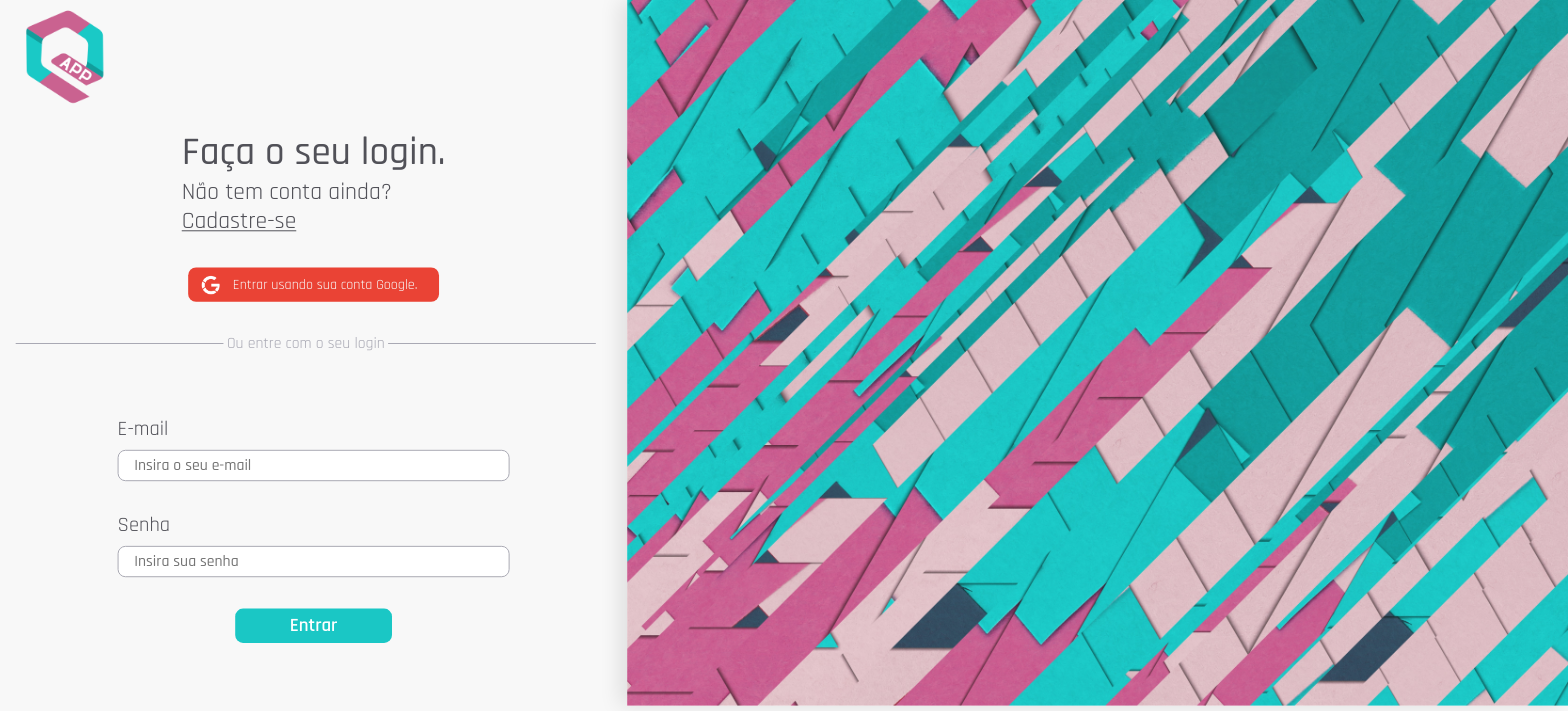
Repository: kika-cavalher/qapp-web
Page: /
These files come from the project's save history. The page is drawn as it stood at one moment and after the next save; the edit follows.
The browser window is 1280 px wide. The page is 1600 px wide, so the pictures cover 1600 px, including what lies to the right of the window. The pictures show the whole page, at 98% of full size.
The page's requests for data from a server got no answer. The project was rebuilt for these pictures with package versions that can differ from the ones it lists, and the page was loaded fresh each time. No one was signed in, and anything a server would have sent is missing. Also part of the build but not shown: src/pages/Register.tsx.

Above is the page before, as saved 2022-02-28 17:19:44.

### public/index.html
<!DOCTYPE html>
<html lang="pt-br">
  <head>
    <meta charset="utf-8" />
    <meta name="viewport" content="width=device-width, initial-scale=1" />

    <link rel="preconnect" href="https://fonts.googleapis.com">
    <link rel="preconnect" href="https://fonts.gstatic.com" crossorigin>
    <link href="https://fonts.googleapis.com/css2?family=Rajdhani:wght@300;400;500;600;700&display=swap" rel="stylesheet">

    <title>QApp</title>
  </head>
  <body>
    <noscript>You need to enable JavaScript to run this app.</noscript>
    <div id="root"></div>
  </body>
</html>

### src/index.tsx
import React from 'react';
import ReactDOM from 'react-dom';
import App from './App';

import './styles/global/styles.scss';
import './services/firebase'


ReactDOM.render(
  <React.StrictMode>
    <App />
  </React.StrictMode>,
  document.getElementById('root')
);

### src/App.tsx
import { BrowserRouter, Routes, Route } from "react-router-dom";

import { LoginPage } from "./pages/Login";
import { RegisterPage } from "./pages/Register";

function App() {
  return (
    <BrowserRouter>
      <Routes>
        <Route path="/" element={<LoginPage />} />
        <Route path="register" element={<RegisterPage  />} />
      </Routes>
    </BrowserRouter>
  );
}

export default App;

### src/styles/global/styles.scss
@import 'variables.scss';

* {
    box-sizing: border-box;
    margin: 0;
    padding: 0;
  }

  body {
    background: $white-offwhite;
    color: $dark-grey;
  }

  body, input, button, textarea {
    font: 400 16px 'Rajdhani', sans-serif;
  }

### src/services/firebase.ts
import { initializeApp } from "firebase/app";
import { getAuth } from "firebase/auth";
import { getFirestore } from 'firebase/firestore/lite';


const firebaseConfig = {
    apiKey: process.env.REACT_APP_API_KEY,
    authDomain: process.env.REACT_APP_AUTH_DOMAIN,
    databaseURL: process.env.REACT_APP_DATABASE_URL,
    projectId: process.env.REACT_APP_PROJECT_ID,
    storageBucket: process.env.REACT_APP_STORAGE_BUCKET,
    messagingSenderId: process.env.REACT_APP_MESSAGING_SENDER_ID,
    appId: process.env.REACT_APP_APP_ID
  };

const app = initializeApp(firebaseConfig);

export const auth = getAuth();
export const db = getFirestore(app);

### src/pages/Login.tsx
import { Link } from 'react-router-dom'
import { useNavigate } from 'react-router-dom';

import imgLogin from '../assets/images/imgLogin.jpg';
import logoQapp from '../assets/images/logoQapp.png';
import googleIconImg from '../assets/icon/googleIconImg.png';

import '../styles/pages/login.scss'

import { Button } from '../components/Button';

export function LoginPage() {
    const history = useNavigate();

    function navigateToHome(e: { preventDefault: () => void; }) {
        e.preventDefault();
        history('/');
    }

    return (
        <div id="page-login">
            <main>
                <div className='page-login--main__container'>
                    <div className='page-login--main__logo'>
                        <img onClick={navigateToHome} id="img-logo" src={logoQapp} alt="Logo da empresa QApp" />
                    </div>
                    <div className='page-login--main__title'>
                        <div className='page-login--container__title'>
                            <h1>Faça o seu login.</h1>
                            <h2>Não tem conta ainda? </h2>
                            <Link to='/register' className='page-login--main__link-register'>
                            Cadastre-se
                            </Link>
                        </div>
                    </div>
                    <div className='page-login--main__google'>
                        <button className='btn__google'>
                            <img id="img-icon__google" src={googleIconImg} alt="Logo da empresa QApp" />
                            <p>Entrar usando sua conta Google.</p>
                        </button>
                    </div>
                    <div className='page-login--main__divider'>
                        <div>Ou entre com o seu login</div>
                    </div>
                    <div className='page-login--main__login-forms'>
                        <form>
                            <div className='page-login--login-forms__name'>
                                <p>E-mail</p>
                                <input type="text" placeholder="Insira o seu e-mail"/>
                            </div>
                            <div className='page-login--login-forms__password'>
                                <p>Senha</p>
                                <input type="text" placeholder="Insira sua senha"/>
                            </div>
                            <div className='btn__send'>
                                <Button type="submit">Entrar</Button>
                            </div>
                        </form>
                    </div>
                </div>

                <div className='page-login--main__img'>
                    <img src={imgLogin} alt="Imagem decorativa na pagina" />
                </div>
            </main>
        </div>
    )
}

### src/styles/global/variables.scss
//colors
$white: #fff;
$white-offwhite: #f8f8f8;
$grey_border: #a8a8b3;
$dark-grey: #515158;

$turquoise: #1ac7c5;
$dark-greenish: #119d9c;
$dark-pink: #c86291;
$light-pink: #ddbcc3;

$red_google: #ea4335;

// media queries
$monitor-width: 1300px;
@mixin monitor {
    @media (min-width: #{$monitor-width}) {
        @content;
    }
}

$notebook-width: 1300px;
@mixin notebook {
    @media (max-width: #{$notebook-width}) {
        @content;
    }
}

$tablet-width: 850px;
@mixin tablet {
    @media (max-width: #{$tablet-width}){
        @content;
    }
}

$phone-width: 500px;
@mixin phone {
    @media (max-width: #{$phone-width}){
        @content;
    }
}

$screen-slim: 650px;
@mixin slim {
    @media (max-height: #{$screen-slim}) {
        @content;
    }
}

### src/styles/pages/login.scss
@import '../global/variables.scss';


#page-login {
    background: $white-offwhite;
    display: flex;
    height: 100vh;

}

main{
    display: flex;
    flex-direction: row;
}

.page-login--main__container {
    display: flex;
    flex-direction: column;
    padding: 0 1rem;

    @include monitor {
        width: 40vw;
    }

    @include notebook {
        width: 50vw;
    }

    @include tablet {
        width: 100vw;
    }
}

.page-login--main__logo {

    #img-logo {
        cursor: pointer;
        margin-top: 0.5rem;
        width: 100px;

        @include phone {
            width: 70px;
        }
    }
}

.page-login--main__title {
    display: flex;
    flex-direction: column;
    align-items: center;
    margin: 1rem 0 2rem 0;
}

.page-login--container__title{

    h1 {
        font-weight: 500;

        @include monitor {
            font-size: 3.2rem;
        }

        @include notebook {
            font-size: 2.5rem;
        }

        @include tablet {
            font-size: 2rem;
        }

        @include phone {
            font-size: 1.8rem;
        }

        @include slim {
            font-size: 2rem;
        }
    }

    h2 {
        font-weight: 400;

        @include monitor {
            font-size: 2rem;
        }

        @include notebook {
            font-size: 1.5rem;
        }

        @include tablet {
            font-size: 1.3rem;
        }

        @include phone {
            font-size: 1.1rem;
        }

        @include slim {
            font-size: 1.3rem;
        }
    }

    .page-login--main__link-register {
        color: $dark-grey;
        cursor: pointer;
        font-weight: 400;
        text-decoration: underline 1px;
        text-underline-position: from-font;

        @include monitor {
            font-size: 2rem;
        }

        @include notebook {
            font-size: 1.5rem;
        }

        @include tablet {
            font-size: 1.3rem;
        }

        @include phone {
            font-size: 1.1rem;
        }

        @include slim {
            font-size: 1.3rem;
        }

            &:hover {
                font-weight: 600;
            }
        }
}

.page-login--main__google {
    align-self: center;
    display: flex;

    @include monitor {
        margin: 2rem 0;
        width: 18rem;
    }

    @include notebook {
        width: 16rem;
    }

    @include tablet {
        width: 14.5rem;
    }

    @include phone {
        width: 12rem;
    }

    @include slim {
        margin: 1rem 0;
        width: 15rem;
    }

}


.page-login--main__divider {
    color: $grey_border;
    font-size: 1rem;

    align-items: center;
    display: flex;
    margin: 2rem 1rem 2rem 0;

    &::before {
        background: $grey_border;
        content: '';
        flex: 1;
        margin-right: 0.2rem;
        height: 1px;
    }

    &::after {
        background: $grey_border;
        content: '';
        flex: 1;
        margin-left: 0.2rem;
        height: 1px;
    }
}

.page-login--login-forms__name{
    width: 100%;
}

.page-login--login-forms__password{
    margin: 1.5rem 0;
    width: 100%;
}

.page-login--main__login-forms {
    display: flex;
    justify-content: center;
    width: 100%;

    form {
        align-items: center;
        display: flex;
        flex-direction: column;


        @include monitor {
            margin: 2rem 0;
            max-width: 25rem;
            width: 75%;
        }

        @include notebook {
            margin: 2rem 0;
            max-width: 25rem;
            width: 75%;
        }

        @include tablet {
            margin: 2rem 0;
            max-width: 25rem;
            width: 75%;
        }

        @include phone {
            margin: 2rem 0;
            max-width: 25rem;
            width: 75%;
        }

        @include slim {
            margin: 2rem 0;
            max-width: 25rem;
            width: 75%;
        }

        p {

            @include monitor {
                font-size: 1.3rem;
            }

            @include notebook {
                font-size: 1.3rem;
            }

            @include tablet {
                font-size: 1.3rem;
            }

            @include phone {
                font-size: 1.3rem;
            }

            @include slim {
                font-size: 1.3rem;
            }
        }

        input {
            background: $white;
            border: 1px solid $grey_border;
            border-radius: 8px;
            color: $dark-grey;
            font-weight: 500;
            height: 2rem;
            margin: 0.5rem 0;
            outline: none;
            padding: 0 16px;
            width: 100%;

            @include monitor {
            }

            @include notebook {
            }

            @include tablet {
            }

            @include phone {
            }

            @include slim {
            }

            &:hover {
                border: 2px solid $dark-greenish;
            }

            &:focus-visible {
                border: 2px solid $dark-greenish;
            }
        }
    }
}

.page-login--main__img {

    img {
        box-shadow: -8px 0px 20px rgba(0, 0, 0, 0.1);
        height: 100vh;
    }

    @include monitor {
        display: block;
        width: 60vw;
    }

    @include notebook {
        width: 50vw;
    }

    @include tablet {
        display: none;
    }
}

### src/components/Button.tsx
import {ButtonHTMLAttributes} from 'react'

import '../styles/global/button.scss'

type ButtonProps = ButtonHTMLAttributes<HTMLButtonElement>

export function Button (props:ButtonProps) {
    return (
        <button className="button" {...props} />
    )
}


/* import { useNavigate } from 'react-router-dom'; */


/*     const history = useNavigate();

    function navigateToRegisterPage(e: { preventDefault: () => void; }) {
        e.preventDefault();
        history('/register');
    } */

### src/styles/global/button.scss
@import '../global/variables.scss';

.btn__send {

    button {
        align-items: center;
        background: $turquoise;
        border: 0;
        border-radius: 8px;
        color: $white;
        cursor: pointer;
        display: flex;
        flex-direction: row;
        font-size: 1.2rem;
        font-weight: 600;
        height: 35px;
        justify-content: center;
        width: 10rem;
    }
}

.btn__google {
    align-items: center;
    background: $red_google;
    border: 0;
    border-radius: 8px;
    color: $white-offwhite;
    cursor: pointer;
    display: flex;
    flex-direction: row;
    transition: filter 0.2s;
    width: 100%;

    @include monitor {
        font-size: 1rem;
        height: 35px;
    }

    @include notebook {
        font-size: 0.9rem;
        height: 35px;
    }

    @include tablet {
        font-size: 0.8rem;
        height: 35px;
    }

    @include phone {
        font-size: 0.7rem;
        height: 30px;
    }

    @include slim {
        font-size: 0.8rem;
        height: 35px;
    }

    #img-icon__google {
        margin: 0 5%;
        width: 20px;

        @include phone {
            margin: 0 3%;
            width: 15px;
        }
    }
}

After the next save:
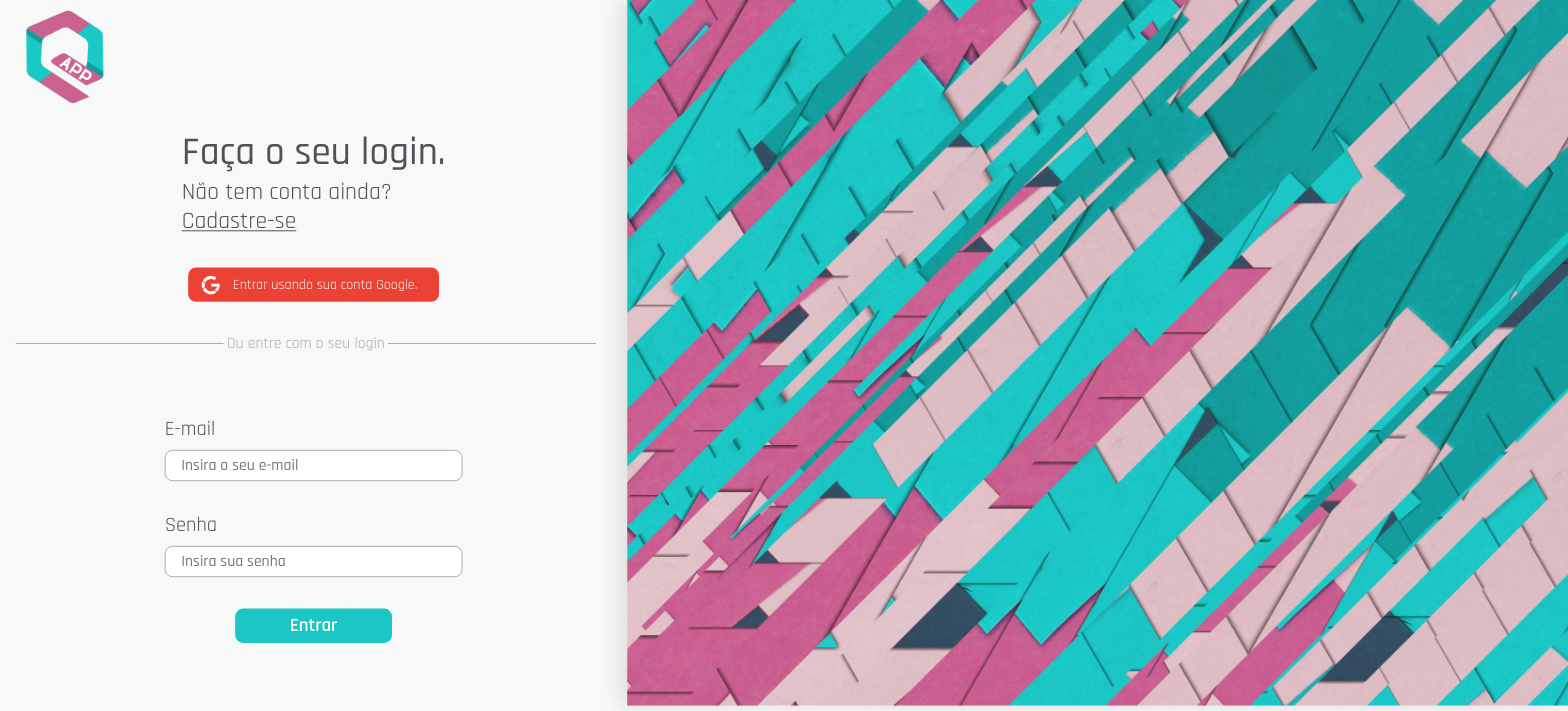
Saved 3 min 9 s later.
--- a/src/styles/pages/login.scss
+++ b/src/styles/pages/login.scss
@@ -206,18 +206,17 @@ main{
         align-items: center;
         display: flex;
         flex-direction: column;
+        margin: 2rem 0;
 
 
         @include monitor {
-            margin: 2rem 0;
             max-width: 25rem;
             width: 75%;
         }
 
         @include notebook {
-            margin: 2rem 0;
-            max-width: 25rem;
-            width: 75%;
+            min-width: 18rem;
+            width: 50%;
         }
 
         @include tablet {
